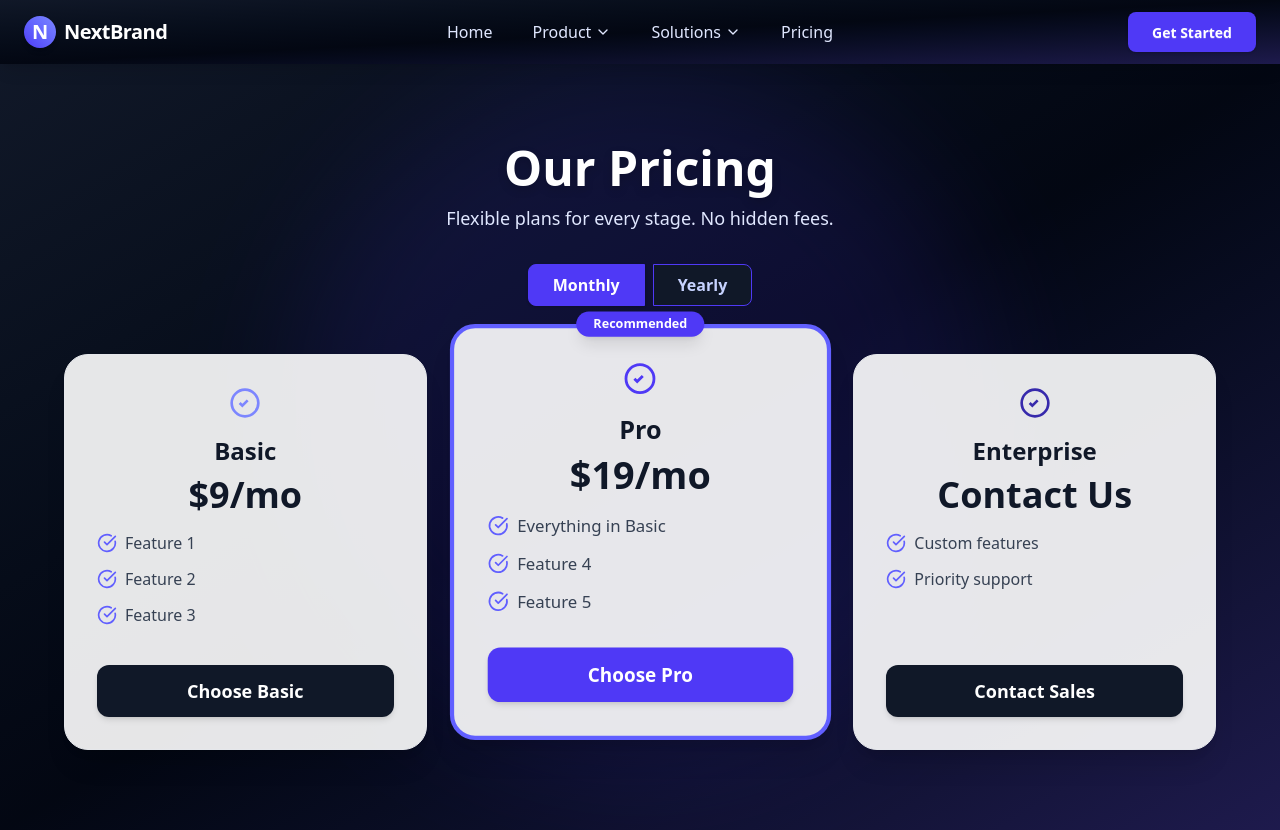
Repository: Chiranshukapil/Next_Brand
Page: /pricing
The author's editor kept a copy of each file at every save. The page is drawn from the files as they stood at one save, then again after the next save.
The browser window is 1280 px wide. The pictures show the whole page.
The project was rebuilt for these pictures with package versions that can differ from the ones it lists, and the page was loaded fresh each time. Also part of the build but not shown: vite.config.js.

Above is the page before, as saved 2025-06-18 11:48:45.

### index.html
<!doctype html>
<html lang="en">
  <head>
    <meta charset="UTF-8" />
    <link rel="stylesheet" href="src/index.css">
    <meta name="viewport" content="width=device-width, initial-scale=1.0" />
    <title>NavBar</title>
  </head>
  <body classname="scroll-smooth">
    <div id="root"></div>
    <script type="module" src="/src/main.jsx"></script>
  </body>
</html>

### src/App.jsx
import { useState } from 'react'
import { BrowserRouter as Router, Routes, Route } from 'react-router-dom'
import Navbar from './Components/NavBar.jsx'
import PricingSection from './Components/PricingSection.jsx'

function App() {
  return (
    <Router>
      <Navbar />
      <Routes>

        <Route path="/pricing" element={<PricingSection />} />

      </Routes>
    </Router>
  )
}

export default App

### src/Components/NavBar.jsx
import React, { useState } from "react";
import { Link } from "react-router-dom";
import { Menu, X, ChevronDown } from "lucide-react";

// Route-based navLinks
const navLinks = [
  { name: "Home", href: "/" },
  {
    name: "Product",
    href: "/product",
    dropdown: [
      { name: "Overview", href: "/product/overview" },
      { name: "Features", href: "/product/features" },
      { name: "Pricing", href: "/pricing" },
    ],
  },
  {
    name: "Solutions",
    href: "/solutions",
    dropdown: [
      { name: "For Teams", href: "/solutions/teams" },
      { name: "For Individuals", href: "/solutions/individuals" },
    ],
  },
  { name: "Pricing", href: "/pricing" },
];

export default function Navbar() {
  const [menuOpen, setMenuOpen] = useState(false);
  const [dropdownOpen, setDropdownOpen] = useState(null);

  return (
    <nav className="sticky top-0 z-50 bg-gradient-to-br from-gray-900 via-gray-950 to-indigo-950 backdrop-blur-md bg-opacity-80  shadow-lg flex justify-between items-center px-6 py-3">
      {/* Brand/Logo */}
      <div className="navbar-start">
        <Link
          to="/"
          className="flex items-center gap-2 text-xl font-bold tracking-tight text-white hover:text-indigo-400 transition-colors"
        >
          <span className="w-8 h-8 bg-gradient-to-tr from-indigo-600 to-indigo-400 rounded-full text-white flex items-center justify-center font-bold shadow-md">
            N
          </span>
          <span>NextBrand</span>
        </Link>
      </div>

      {/* Desktop Menu */}
      <div className="navbar-center hidden md:flex">
        <ul className="flex gap-2 items-center">
          {navLinks.map((link, index) => (
            <li
              key={link.name}
              onMouseEnter={() => setDropdownOpen(index)}
              onMouseLeave={() => setDropdownOpen(null)}
              className="relative"
            >
              {link.dropdown ? (
                <>
                  <Link
                    to={link.href}
                    className="px-4 py-2 rounded-lg text-base font-medium flex items-center gap-1 cursor-pointer text-indigo-100 hover:text-white hover:bg-indigo-700/30 transition-colors"
                    aria-haspopup="true"
                    aria-expanded={dropdownOpen === index}
                    onClick={() => setDropdownOpen(null)}
                  >
                    {link.name}
                    <ChevronDown className="h-4 w-4" />
                  </Link>
                  {dropdownOpen === index && (
                    <ul className="absolute top-full left-0 mt-2 bg-white/95 shadow-xl rounded-xl p-2 w-52 z-50 animate-fade-in">
                      {link.dropdown.map((item) => (
                        <li key={item.name}>
                          <Link
                            to={item.href}
                            className="block px-4 py-2 rounded-lg hover:bg-indigo-100 text-gray-900 font-medium transition"
                            onClick={() => setDropdownOpen(null)}
                          >
                            {item.name}
                          </Link>
                        </li>
                      ))}
                    </ul>
                  )}
                </>
              ) : (
                <Link
                  to={link.href}
                  className="px-4 py-2 rounded-lg text-base font-medium text-indigo-100 hover:text-white hover:bg-indigo-700/30 transition"
                  onClick={() => setDropdownOpen(null)}
                >
                  {link.name}
                </Link>
              )}
            </li>
          ))}
        </ul>
      </div>

      {/* Right Side: CTA + Mobile Menu Button */}
      <div className="navbar-end flex items-center">
        <Link
          to="/get-started"
          className="btn btn-primary font-semibold shadow hidden md:inline-flex bg-indigo-600 text-white hover:bg-indigo-700 border-none rounded-lg px-6 py-2 transition"
        >
          Get Started
        </Link>
        <button
          aria-label="Toggle menu"
          className="btn btn-ghost md:hidden ml-2 text-indigo-200"
          onClick={() => setMenuOpen((v) => !v)}
        >
          {menuOpen ? (
            <X className="h-7 w-7" />
          ) : (
            <Menu className="h-7 w-7" />
          )}
        </button>

        {/* Mobile Menu */}
        <div
          className={`absolute top-full right-2 left-2 z-40 md:hidden overflow-hidden transition-all duration-300 ease-in-out bg-white/95 rounded-xl shadow-lg ${
            menuOpen ? "max-h-96" : "max-h-0"
          }`}
        >
          <ul tabIndex={0} className="flex flex-col gap-1 p-3 w-full">
            {navLinks.map((link) => (
              <li key={link.name}>
                {link.dropdown ? (
                  <details>
                    <summary className="text-base cursor-pointer flex items-center justify-between text-gray-900 font-semibold px-2 py-2 rounded-lg hover:bg-indigo-100 transition">
                      {link.name}
                    </summary>
                    <ul className="p-2">
                      {link.dropdown.map((item) => (
                        <li key={item.name}>
                          <Link
                            to={item.href}
                            className="block px-4 py-2 rounded-lg text-gray-900 hover:bg-indigo-100 transition"
                            onClick={() => setMenuOpen(false)}
                          >
                            {item.name}
                          </Link>
                        </li>
                      ))}
                    </ul>
                  </details>
                ) : (
                  <Link
                    to={link.href}
                    className="block px-4 py-2 rounded-lg text-gray-900 font-semibold hover:bg-indigo-100 transition"
                    onClick={() => setMenuOpen(false)}
                  >
                    {link.name}
                  </Link>
                )}
              </li>
            ))}
            <li className="mt-2">
              <Link
                to="/get-started"
                className="btn btn-primary w-full bg-indigo-600 text-white hover:bg-indigo-700 border-none rounded-lg px-6 py-2 transition"
                onClick={() => setMenuOpen(false)}
              >
                Get Started
              </Link>
            </li>
          </ul>
        </div>
      </div>
    </nav>
  );
}

### src/Components/PricingSection.jsx
import { CheckCircle } from "lucide-react";
import { useState } from "react";

const plans = [
  {
    name: "Basic",
    icon: <svg className="w-8 h-8 text-indigo-400" fill="none" stroke="currentColor" strokeWidth="2" viewBox="0 0 24 24"><circle cx="12" cy="12" r="10"/><path d="M8 12l2 2 4-4"/></svg>,
    monthly: 9,
    yearly: 90,
    features: ["Feature 1", "Feature 2", "Feature 3"],
    recommended: false,
  },
  {
    name: "Pro",
    icon: <svg className="w-8 h-8 text-indigo-600" fill="none" stroke="currentColor" strokeWidth="2" viewBox="0 0 24 24"><circle cx="12" cy="12" r="10"/><path d="M8 12l2 2 4-4"/></svg>,
    monthly: 19,
    yearly: 190,
    features: ["Everything in Basic", "Feature 4", "Feature 5"],
    recommended: true,
  },
  {
    name: "Enterprise",
    icon: <svg className="w-8 h-8 text-indigo-800" fill="none" stroke="currentColor" strokeWidth="2" viewBox="0 0 24 24"><circle cx="12" cy="12" r="10"/><path d="M8 12l2 2 4-4"/></svg>,
    monthly: null,
    yearly: null,
    features: ["Custom features", "Priority support"],
    recommended: false,
    contact: true,
  },
];

export default function PricingSection() {
  const [billing, setBilling] = useState("monthly");

  const displayPrice = (plan) => {
    if (plan.contact) return "Contact Us";
    if (billing === "yearly") return `$${plan.yearly}/yr`;
    return `$${plan.monthly}/mo`;
  };

  return (
    <section className="relative py-20 px-4 md:px-0 bg-gradient-to-br from-gray-900 via-gray-950 to-indigo-950 min-h-[100vh]">
      {/* Decorative background shapes */}
      <div className="absolute top-0 left-1/2 -translate-x-1/2 w-[700px] h-[700px] rounded-full bg-indigo-800 opacity-20 blur-3xl pointer-events-none"></div>
      <div className="relative z-10 max-w-6xl mx-auto">
        <h2 className="text-4xl md:text-5xl font-extrabold text-center mb-3 text-white drop-shadow-lg">Our Pricing</h2>
        <p className="text-center text-indigo-100 mb-8 text-lg">Flexible plans for every stage. No hidden fees.</p>
        {/* Billing toggle */}
        <div className="flex justify-center mb-12 gap-2">
          <button
            className={`px-6 py-2 rounded-l-lg font-semibold transition-colors duration-200 border border-indigo-600 focus:outline-none ${
              billing === "monthly"
                ? "bg-indigo-600 text-white shadow"
                : "bg-gray-900 text-indigo-200 hover:bg-indigo-700/20"
            }`}
            onClick={() => setBilling("monthly")}
          >
            Monthly
          </button>
          <button
            className={`px-6 py-2 rounded-r-lg font-semibold transition-colors duration-200 border border-indigo-600 focus:outline-none ${
              billing === "yearly"
                ? "bg-indigo-600 text-white shadow"
                : "bg-gray-900 text-indigo-200 hover:bg-indigo-700/20"
            }`}
            onClick={() => setBilling("yearly")}
          >
            Yearly
          </button>
        </div>
        <div className="grid md:grid-cols-3 gap-8 items-stretch">
          {plans.map((plan, idx) => (
            <div
              key={plan.name}
              className={`relative flex flex-col p-8 rounded-3xl border transition-transform duration-200 bg-white/90 shadow-xl hover:scale-[1.03] ${
                plan.recommended
                  ? "border-4 border-indigo-500 bg-indigo-50 z-20 scale-105 shadow-2xl"
                  : "border-gray-200"
              }`}
              style={plan.recommended ? { top: '-20px' } : {}}
            >
              {plan.recommended && (
                <span className="absolute -top-4 left-1/2 -translate-x-1/2 bg-indigo-600 text-white text-xs px-4 py-1 rounded-full font-semibold shadow-lg z-30">
                  Recommended
                </span>
              )}
              <div className="flex justify-center mb-4">{plan.icon}</div>
              <h3 className="text-2xl font-bold mb-2 text-gray-900 text-center">{plan.name}</h3>
              <div className="text-4xl font-extrabold mb-4 text-center text-gray-900">{displayPrice(plan)}</div>
              <ul className="flex-1 mb-8 space-y-3 text-gray-700">
                {plan.features.map((f) => (
                  <li key={f} className="flex items-center gap-2">
                    <CheckCircle className="w-5 h-5 text-indigo-500" />
                    <span>{f}</span>
                  </li>
                ))}
              </ul>
              <button
                className={`py-3 px-6 rounded-xl font-semibold text-lg transition-all duration-200 shadow-md focus:outline-none ${
                  plan.recommended
                    ? "bg-indigo-600 text-white hover:bg-indigo-700"
                    : "bg-gray-900 text-white hover:bg-indigo-600"
                }`}
              >
                {plan.contact ? "Contact Sales" : `Choose ${plan.name}`}
              </button>
            </div>
          ))}
        </div>
      </div>
    </section>
  );
}

Loaded but not shown: src/index.css (common file); src/main.jsx (common file)

After the next save:
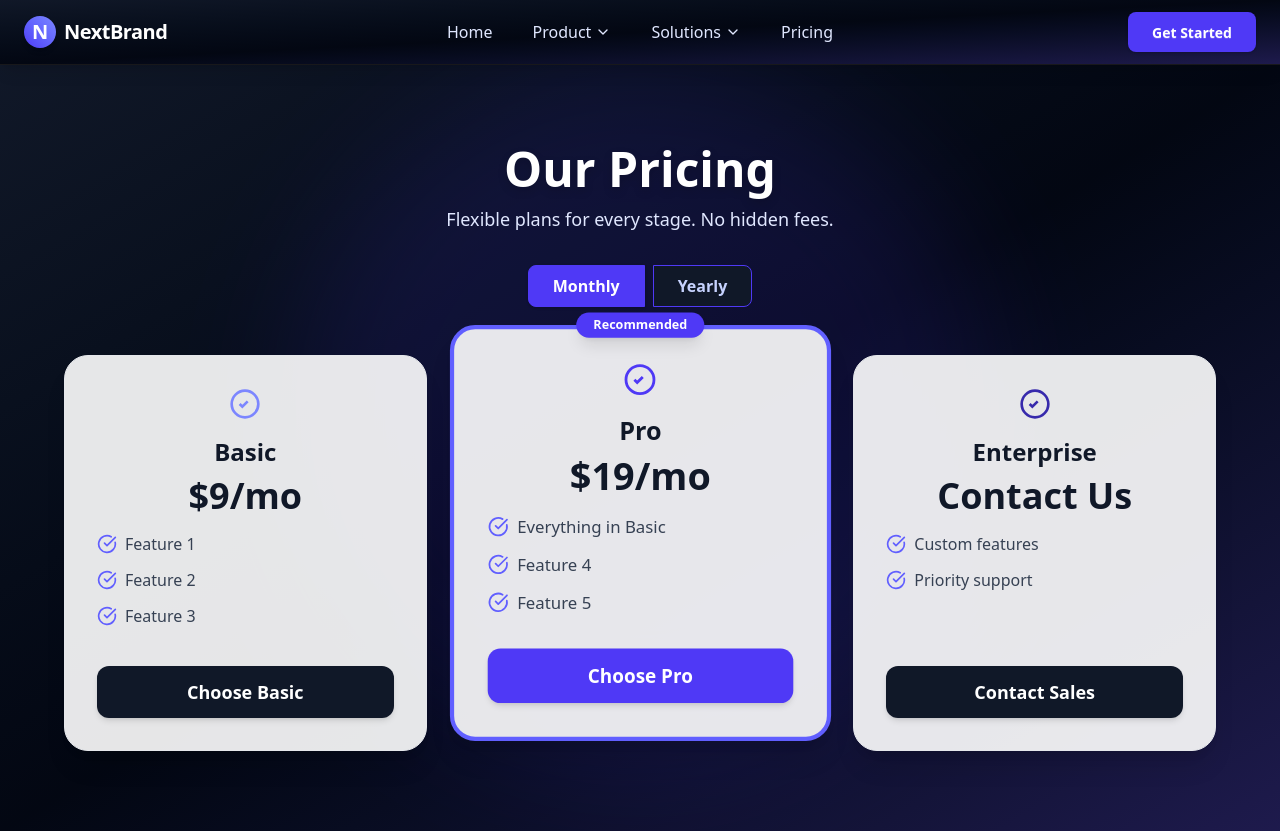
Saved 8 s later.
--- a/src/Components/NavBar.jsx
+++ b/src/Components/NavBar.jsx
@@ -30,7 +30,7 @@ export default function Navbar() {
   const [dropdownOpen, setDropdownOpen] = useState(null);
 
   return (
-    <nav className="sticky top-0 z-50 bg-gradient-to-br from-gray-900 via-gray-950 to-indigo-950 backdrop-blur-md bg-opacity-80  shadow-lg flex justify-between items-center px-6 py-3">
+    <nav className="sticky top-0 z-50 bg-gradient-to-br from-gray-900 via-gray-950 to-indigo-950 backdrop-blur-md bg-opacity-80 border-b shadow-lg flex justify-between items-center px-6 py-3">
       {/* Brand/Logo */}
       <div className="navbar-start">
         <Link
